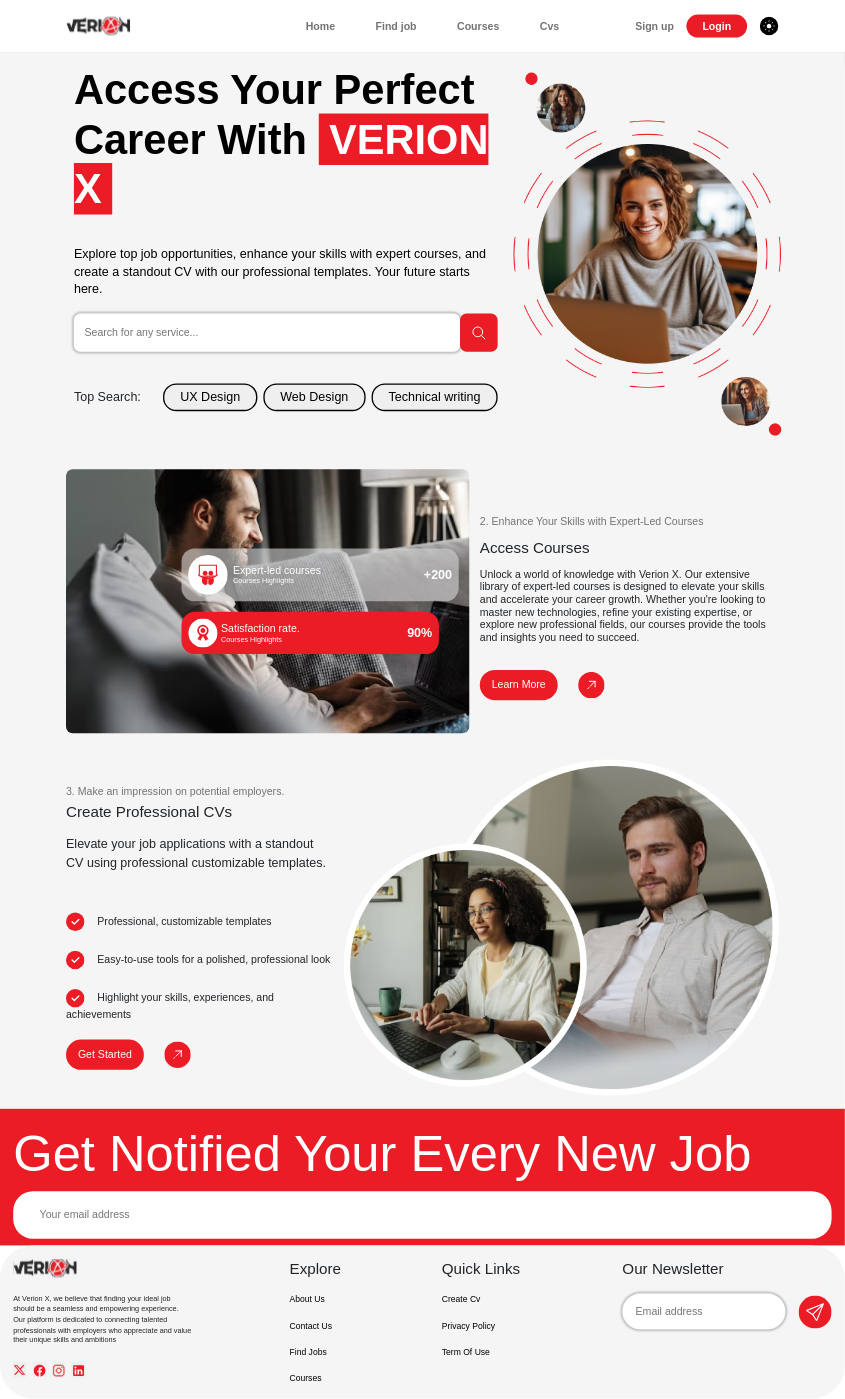
Repository: SahMenz/verionX
Page: /
The author's editor kept a copy of each file at every save. The page is drawn from the files as they stood at one save, then again after the next save.
The browser window is 1280 px wide. The pictures show the whole page, at 66% of full size.
The project was rebuilt for these pictures with package versions that can differ from the ones it lists, and the page was loaded fresh each time. Also part of the build but not shown: vite.config.js.

Above is the page before, as saved 2024-06-16 17:05:33.

### src/App.jsx
import './App.css'
import Home from './components/home/home'
import 'bootstrap/dist/css/bootstrap.min.css';

function App() {

  return (
    <>
      <div>
          <Home />
      </div>
    </>
  )
}

export default App

### src/index.css
button{
    outline: none;
    border: none;
  }

  input{
    border: none;
    outline: none;
}

### src/App.css
*, *::before, *::after{
  padding: 0px;
  margin: 0px;
  box-sizing: border-box;
  font-family: "Rubik", sans-serif;
}

/* BACKGROUND COLORS */

.bg-f5{
  background-color: #F5F5F5;
}
.bg-eb{
  background-color: #EB1C25;
}
.bg-ff{
  background-color: #fff;
}
.bg-d9{
  background-color: #D9D9D9;
}
.bg-00{
  background-color: #000;
}


/* FONT SIZES */

.txt-11{
  font-size: 11px;
}
.txt-13{
  font-size: 13px;
}
.txt-16{
  font-size: 16px;
}
.txt-19{
  font-size: 19px;
}
.txt-23{
  font-size: 23px;
}
.txt-45{
  font-size: 45px;
}
.txt-63{
  font-size: 63px;
}


/* TEXT COLOR */

.txt-eb{
  color:#EB1C25
}
.txt-f3{
  color: #737373
}
.txt-ff{
  color:#fff
}
.txt-00{
  color: #000;
}


/* FONT WEIGHT */

.fw-400{
  font-weight: 400;
}
.fw-500{
  font-weight: 500;
}
.fw-600{
  font-weight: 600;
}


/* LINE HEIGHT */

.lh-19{
  line-height: 19.2px;
}
.lh-75{
  line-height: 55.6px;
}
.lh-26{
  line-height: 26.38px;
}
.lh-22{
  line-height: 22.8px;
}
.lh-27{
  line-height: 27.6px;
}
.lh-15{
  line-height: 15.89px;
}
.lh-13{
  line-height: 13.2px;
}
.lh-54{
  line-height: 54px;
}
.lh-34{
  line-height: 34.5px;
}
.lh-67{
  line-height: 67.5px;
}
.lh-32{
  line-height: 32.2px;
}
.lh-18{
  line-height: 18.96px;
}

### src/components/home/home.jsx
import Footer from "../footer/footer"
import Navigation from "../navigation/navigation"
import AccessCourses from "./accessCourses/accessCourses"
import CreateProfessionalCv from "./createProfessionalCv/createProfessionalCv"
import GetNotified from "./getNotified/getNotified"
import Hero from "./hero/hero"

function Home() {
  return (
    <div >
        <Navigation />
        <Hero />
        <AccessCourses />
        <CreateProfessionalCv />
        <GetNotified />
        <Footer />
    </div>
  )
}

export default Home

### src/components/footer/footer.jsx
import logo from '../../assets/images/logo.svg';
import CustomSvg from '../customSvg/customSvg';
import './footer.css';

function Footer() {
  return (
    <div className='d-flex bg-f5 justify-content-between footerGeneral gap-5' style={{borderRadius:"50px"}}>
        <div className='d-flex flex-column' style={{width:"272px", height:"166px"}}>
            <img  src={logo} style={{width:"97.2px"}}/>
            <div className='fw-400 lh-15 txt-11 py-4'>
                At Verion X, we believe that finding your ideal job should be a
                seamless and empowering experience. Our platform is dedicated to connecting talented
                professionals with employers who appreciate and value their unique skills and ambitions
            </div>
            <div className='d-flex align-items-center justify-content-between' style={{width:"110px"}}>
                <button><CustomSvg name="x"/></button>
                <button><CustomSvg name="facebook"/></button>
                <button><CustomSvg name="insta"/></button>
                <button><CustomSvg name="linkedin"/></button>
            </div>
        </div>
        <div className='d-flex flex-column justify-content-between' style={{width:"84px", height:"192px"}}>
            <div className='fw-500 txt-23 lh-32'>Explore</div>
            <a href="#" className='txt-00 fw-400 txt-13 lh-18 text-decoration-none'>About Us</a>
            <a href="#" className='txt-00 fw-400 txt-13 lh-18 text-decoration-none'>Contact Us</a>
            <a href="#" className='txt-00 fw-400 txt-13 lh-18 text-decoration-none'>Find Jobs</a>
            <a href="#" className='txt-00 fw-400 txt-13 lh-18 text-decoration-none'>Courses</a>
        </div>
        <div className='d-flex flex-column justify-content-between' style={{width:"127px", height:"152px"}}>
            <div className='fw-500 txt-23 lh-32'>Quick Links</div>
            <a href="#" className='txt-00 fw-400 txt-13 lh-18 text-decoration-none'>Create Cv</a>
            <a href="#" className='txt-00 fw-400 txt-13 lh-18 text-decoration-none'>Privacy Policy</a>
            <a href="#" className='txt-00 fw-400 txt-13 lh-18 text-decoration-none'>Term Of Use</a>
        </div>
        <div className='d-flex flex-column justify-content-between' style={{height:"107px"}}>
            <div className='fw-500 txt-23 lh-32'>Our Newsletter</div>
            <div>
                <input  type='text' placeholder='Email address' style={{marginRight:"20px",borderRadius:"30px", padding:"15px 20px", boxShadow: "0px 0px 3px 3px rgba(0, 0, 0, 0.2)"}}/>
                <button className='bg-f5'><CustomSvg name="telegram"/></button>
            </div>
        </div>
    </div>
  )
}

export default Footer

### src/components/navigation/navigation.jsx
import logo from '../../assets/images/logo.svg'
import CustomSvg from '../customSvg/customSvg'
import './navigation.css'


function Navigation() {

  return (
    <div className="d-flex justify-content-between navContainer">
        <img src={logo} alt="" />
        <div className='d-none d-lg-flex navigationLink justify-content-between align-items-center'>
          <div className='d-flex justify-content-between align-items-center links'>
            <a href="#" className='small-txt lh-19 fw-600 text-decoration-none txt-f3'>Home</a>
            <a href="#" className='small-txt lh-19 fw-600 text-decoration-none txt-f3'>Find job</a>
            <a href="#" className='small-txt lh-19 fw-600 text-decoration-none txt-f3'>Courses</a>
            <a href="#" className='small-txt lh-19 fw-600 text-decoration-none txt-f3'>Cvs</a>
          </div>
          <div className='d-flex justify-content-between align-items-center switchmode'>
            <a href="#" className='small-txt lh-19 fw-600 text-decoration-none txt-f3'>Sign up</a>
            <a href="#" className='small-txt lh-19 fw-600 text-decoration-none txt-ff bg-eb px-4 py-2 rounded-5'>Login</a>
            <button className='bg-ff'><CustomSvg name="switchModes"/></button>
          </div>
        </div>
        <div className=' d-lg-none cursor-pointer' style={{width: "40px", height: "40px", display: 'flex', flexDirection: 'column', alignItems: "center", justifyContent: "center", gap: "5px"}}>
          <div style={{width : "30px", height:"3px", backgroundColor : 'black' }}></div>
          <div style={{width : "30px", height:"3px", backgroundColor : 'black' }}></div>
          <div style={{width : "30px", height:"3px", backgroundColor : 'black' }}></div>
        </div>
    </div>
  )
}

export default Navigation

### src/components/home/accessCourses/accessCourses.jsx
import CustomSvg from "../../customSvg/customSvg";
import './accessCourses.css';

function AccessCourses() {
  return (
    <div className="d-flex flex-column bg-f5 flex-xl-row accessGeneral  align-items-center">
        <div className="manPressingLaptop" style={{maxWidth:"611px", position:"relative"}}>
            <div className="imagetext d-none d-lg-block" style={{position:"absolute"}}>
                <div className="d-flex align-items-center opacebackground justify-content-between mb-3" style={{padding:"10px", borderRadius:"20px", maxWidth:"455px"}}>
                    <CustomSvg name="expertLedCourses"/>
                    <div className="d-flex ps-2 justify-content-between align-items-center" style={{width:"340px"}}>
                        <div className="d-flex flex-column" >
                            <div className="txt-ff fw-500 txt-16 lh-19">Expert-led courses</div>
                            <div className="txt-11 txt-ff fw-500 lh-13">Courses Highlights</div>
                        </div>
                        <div className="fw-600 txt-19 lh-22 txt-ff">+200</div>
                    </div>
                </div>
                <div className="bg-eb d-flex align-items-center justify-content-between" style={{padding:"10px", borderRadius:"20px", maxWidth:"390px"}}>
                    <CustomSvg name="satisfactionrate"/>
                    <div className="d-flex justify-content-between align-items-center" style={{width:"320px"}}>
                        <div className="d-flex flex-column" >
                            <div className="txt-ff fw-500 txt-16 lh-19">Satisfaction rate.</div>
                            <div className="txt-11 txt-ff fw-500 lh-13">Courses Highlights</div>
                        </div>
                        <div className="fw-600 txt-19 lh-22 txt-ff">90%</div>
                    </div>
                </div>
            </div>
        </div>
        <div className=" ms-xl-3"  style={{maxWidth:"576px"}}>
            <p className="txt-f3 fw-500 lh-19 enhance" style={{maxWidth:"370px"}}>2. Enhance Your Skills with Expert-Led Courses</p>
            <p className="fw-500 lh-27 access" style={{maxWidth:"300px"}}>Access Courses</p>
            <p className="fw-400 lh-19 pb-4 unlock" style={{maxWidth:"576px"}}>
                Unlock a world of knowledge with Verion X. Our extensive library of expert-led courses is designed to elevate your skills and accelerate your career growth. Whether you&apos;re looking to master new technologies, refine your existing expertise, or explore new professional fields, our courses provide the tools and insights you need to succeed.
            </p>
            <div className="d-flex align-items-center justify-content-between" style={{width:"189px"}}>
                <button className="bg-eb txt-ff" style={{padding:"11px 18px", borderRadius:"30px"}}>Learn More</button>
                <CustomSvg name="arrowTopRight" className=""/>
            </div>
        </div>
    </div>
  )
}

export default AccessCourses

### src/components/home/createProfessionalCv/createProfessionalCv.jsx
import createProfessionalImage from '../../../assets/images/createProfessionalImage.png';
import CustomSvg from '../../customSvg/customSvg';
import './createProfessionalCv.css';

function CreateProfessionalCv() {
  return (
    <div className='d-flex flex-column createGeneral bg-f5 flex-xl-row align-items-center'>
        <div style={{maxWidth:"507px"}}>
            <div className='fw-500 lh-19 txt-16 txt-f3 adjustText' style={{margin:"0px 0px 8px 0px"}}>3. Make an impression on potential employers.</div>
            <div className='fw-500 lh-27 txt-23 adjust23' style={{margin:"0px 0px 20px 0px"}}>Create Professional CVs</div>
            <div className='fw-400 txt-19 lh-23 adjust19' style={{margin:"0px 0px 60px 0px"}}>Elevate your job applications with a standout CV using professional customizable templates.</div>
            <div className='fw-400 txt-16 lh-19 adjustText' style={{marginBottom:"29px"}}><CustomSvg name="createProfessionalTick"/> <span style={{marginLeft:"15px"}}>Professional, customizable templates</span></div>
            <div className='fw-400 txt-16 lh-19 adjustText' style={{marginBottom:"29px"}}><CustomSvg name="createProfessionalTick"/> <span style={{marginLeft:"15px"}}>Easy-to-use tools for a polished, professional look</span></div>
            <div className='fw-400 txt-16 lh-19 adjustText' style={{marginBottom:"29px"}}><CustomSvg name="createProfessionalTick"/> <span style={{marginLeft:"15px"}}>Highlight your skills, experiences, and achievements</span></div>
            <div className="d-flex align-items-center justify-content-between" style={{width:"189px"}}>
                <button className="bg-eb txt-ff" style={{padding:"11px 18px", borderRadius:"30px"}}>Get Started</button>
                <CustomSvg name="arrowTopRight" className=""/>
            </div>
        </div>
        <img src={createProfessionalImage} className='mt-5 mt-xl-0 mixedImage ms-xl-3' style={{maxWidth:"659px"}}/>
    </div>
  )
}

export default CreateProfessionalCv

### src/components/home/getNotified/getNotified.jsx
import './getNotified.css';

function GetNotified() {
  return (
    <div>
        <div className="bg-eb d-flex flex-column justify-content-center align-Items-center getGeneral">
            <div className="fw-500 txt-ff txt-45 xl-lh-54 getNotified">Get Notified Your Every New Job </div>
            <input type="text" placeholder="Your email address" style={{borderRadius:"30px", padding:" 24px 0px 24px 40px"}}/>
        </div>
        <div></div>
    </div>
  )
}

export default GetNotified

### src/components/home/hero/hero.jsx
import accesYourPerfectImage from '../../../assets/images/accesYourPerfectImage.png';
import CustomSvg from '../../customSvg/customSvg';
import './hero.css';

function Hero() {
  return (
    <div className='bg-f5 heroGeneral d-flex flex-column flex-xl-row justify-content-center justify-content-between align-items-center' style={{}}>
        <div style={{maxWidth:"733px"}} className=' textcontainer mb-5 mx-xxl-1 px-xxl-0 d-flex flex-column container '>
            <div className='txt-63 lh-75 txt-ff fw-600 txt-00 largeTxt mb-5' >Access Your Perfect Career With <span className='bg-eb fw-600 txt-ff py-1 px-3'>VERION X</span></div>
            <div className='txt-00 lh-26 mb-4 exploretxt' style={{maxWidth:"630px"}}>
                Explore top job opportunities, enhance your skills with expert courses, and create a standout CV with our professional templates. Your future starts here.
            </div>
            <div className="d-flex">
                <input type="text" className='p-3 container mb-xl-5' placeholder="Search for any service..."  style={{borderRadius:"10px", boxShadow: "0px 0px 3px 3px rgba(0, 0, 0, 0.2)"}} />
                <button className="bg-eb p-3 mb-xl-5" style={{borderRadius:"10px", border:"none"}}><CustomSvg name="search"/></button>
            </div>
            <div className='d-none d-xl-flex align-items-center justify-content-between'style={{width:"642px"}} >
                <div className='txt-19 lh-26 txt-500'>Top Search:</div>
                <div className='d-flex align-items-center justify-content-between' style={{width:"507px"}}>
                    <button style={{borderRadius:"20px",border: "2px solid black"}}><div className='px-4 py-2 txt-19 lh-22 txt-500'>UX Design</div></button>
                    <button style={{borderRadius:"20px",border: "2px solid black"}}><div className='px-4 py-2 txt-19 lh-22 txt-500'>Web Design</div></button>
                    <button style={{borderRadius:"20px",border: "2px solid black"}}><div className='px-4 py-2 txt-19 lh-22 txt-500'>Technical writing</div></button>
                </div>
            </div>
        </div>
        <img src={accesYourPerfectImage} className='container mx-xxl-1 px-xxl-0' style={{Width:"65vw", maxWidth:"430px"}} alt="three images" />
    </div>
  )
}

export default Hero

### src/components/footer/footer.css
.footerGeneral{
    padding: 20px 20px;
    flex-wrap: wrap
}

@media (min-width:1400px){
    .footerGeneral{
        padding: 64px 109px
    }
}

### src/components/navigation/navigation.css
.navContainer{
    padding: 22px 100px;
    box-shadow: 0px 10px 10px 10px rgba(0, 0, 0, 0.2);
}

.navigationLink{
    width: 56vw;
    min-width: 600px;
    max-width: 888px;
}
.links{
    width: 30vw;
    min-width: 300px;
    max-width: 482px;
}
.switchmode{
    width: 17vw;
    min-width: 200px;
    max-width: 254px;
}
@media screen and (min-width:325px) and (max-width:988px) {
    .navContainer{
        padding: 18px 60px;
    }
}

### src/components/home/accessCourses/accessCourses.css
.accessGeneral{
    padding: 10px 20px;
}
.enhance{
    font-size: 4vw;
    margin-top: 20px;
}
.access{
    font-size: 6vw;
}
.unlock{
    font-size: 4vw;
}
.opacebackground{
    background-color:rgba(217, 217, 217, 0.6);
}
.manPressingLaptop{
    background-image: url('../../../assets/images/accessCoursesImage.png');
    background-size: cover;
    border-Radius: 10px;
    background-position: center;
    height: 400px;
    width: 65vw;
    background-size: cover;
    background-position: center;
}
.imagetext{
    position: absolute;
    top: 50%;
    left: 63%;
    transform: translate(-50%, -50%);
}

@media (min-width: 478px) {
    .enhance{
        font-size: 3vw;
    }
    .access{
        font-size: 5vw;
    }
    .unlock{
        font-size: 3vw;
    }
}
@media (min-width: 665px) {
    .enhance{
      font-size: 2.5vw;
    }
    .access{
      font-size:4.5vw;
    }
    .unlock{
        font-size: 2.5vw;
    }
}
@media (min-width:730px){
    .accessGeneral{
      padding: 20px 100px;
    }
    .enhance{
        font-size: 16px;
      }
      .access{
        font-size:23px;
      }
      .unlock{
          font-size: 16px;
      }
  }
  @media (min-width:1400px){
    .accessGeneral{
        justify-content: space-between!important;
    }
  }

### src/components/home/createProfessionalCv/createProfessionalCv.css
.createGeneral{
    padding: 10px 20px;
}
.mixedImage{
    width: 85vw;
}
.adjustText{
    font-size: 4vw;
}
.adjust19{
    font-size: 5vw;
}
.adjust23{
    font-size: 6vw;
}
@media (min-width: 478px) {
    .adjustText{
        font-size: 3.5vw;
    }
    .adjust19{
        font-size: 4.5vw;
    }
    .adjust23{
        font-size: 5.5vw;
    }
}
@media (min-width: 560px) {
    .adjustText{
        font-size: 3vw;
    }
    .adjust19{
        font-size: 4vw;
    }
    .adjust23{
        font-size: 5vw;
    }
}
@media (min-width:630px){
    .createGeneral{
        padding: 20px 100px;
    }
    .adjustText{
        font-size: 16px;
    }
    .adjust19{
        font-size: 19px;
    }
    .adjust23{
        font-size: 23px;
    }
}
@media (min-width:1400px){
    .createGeneral{
        justify-content: space-between;
    }
}

### src/components/home/getNotified/getNotified.css
.getNotified{
    font-size: 6vw;
}
.getGeneral{
    padding: 10px 20px;
}

### src/components/home/hero/hero.css
  .largeTxt{
    font-size: 10vw;
  }
  .exploretxt{
    font-size: 4vw;
  }
  .heroGeneral{
    padding: 10px 20px;
  }
  @media (min-width: 478px) {
    .largeTxt{
      line-height: 75px;
    }
    .exploretxt{
      font-size: 3vw;
    }
  }
  @media (min-width: 632px) {
    .largeTxt{
      font-size: 9vw;
    }
    .exploretxt{
      font-size:2.5vw;
    }
  }
  @media (min-width:730px){
    .largeTxt{
      font-size: 63px;
    }
    .exploretxt{
      font-size: 19px;
    }
    .heroGeneral{
      padding: 20px 100px;
    }
  }
  @media(min-width:1400){
    .heroGeneral{
      justify-content: space-between;
    }
  }

Loaded but not shown: src/main.jsx (common file); src/components/customSvg/customSvg.jsx (186 lines, source omitted)

After the next save:
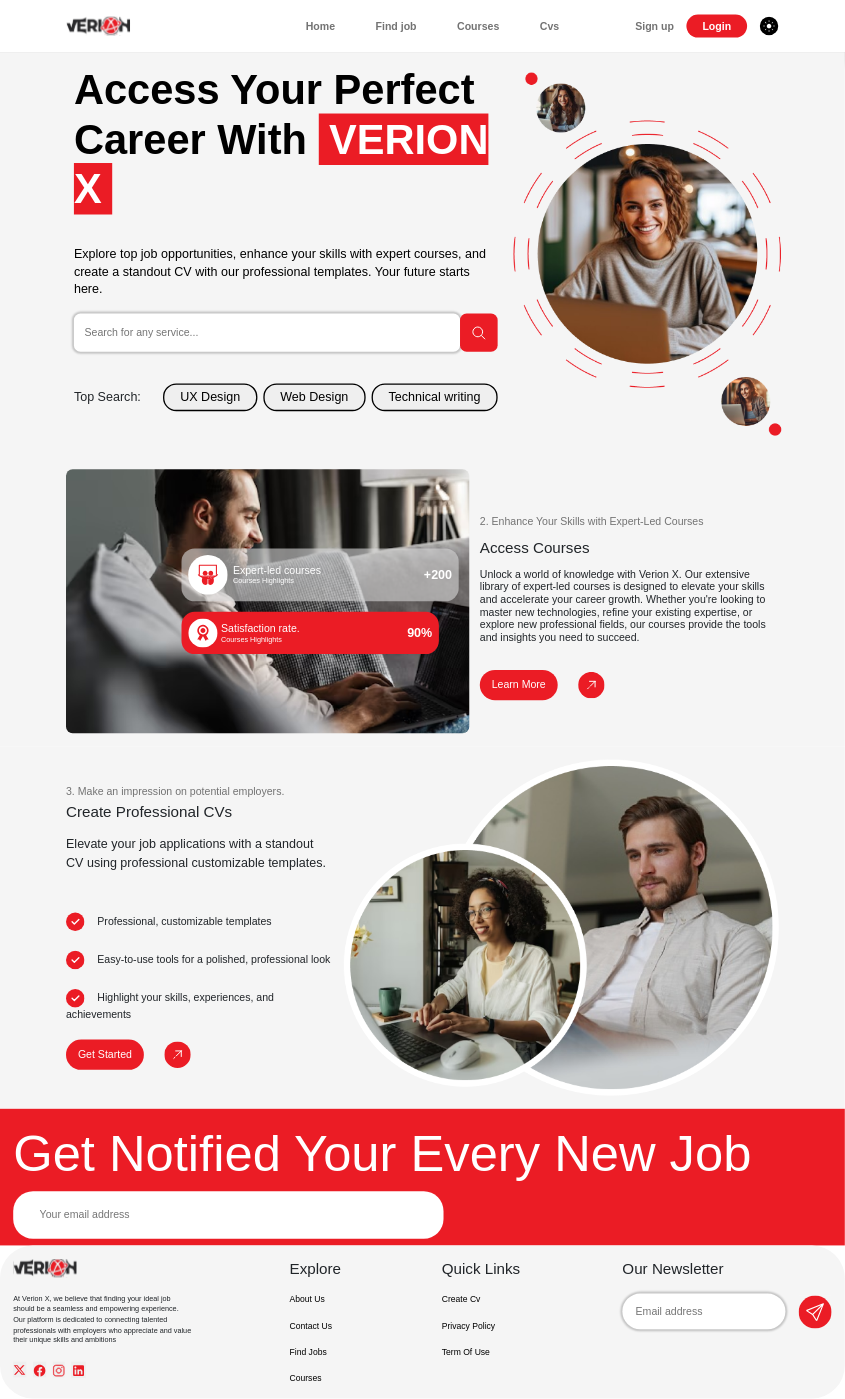
Saved 80 s later.
--- a/src/components/home/getNotified/getNotified.jsx
+++ b/src/components/home/getNotified/getNotified.jsx
@@ -5,7 +5,7 @@
     <div>
         <div className="bg-eb d-flex flex-column justify-content-center align-Items-center getGeneral">
             <div className="fw-500 txt-ff txt-45 xl-lh-54 getNotified">Get Notified Your Every New Job </div>
-            <input type="text" placeholder="Your email address" style={{borderRadius:"30px", padding:" 24px 0px 24px 40px"}}/>
+            <input type="text" placeholder="Your email address" style={{borderRadius:"30px", padding:" 24px 0px 24px 40px", maxWidth:"652px"}}/>
         </div>
         <div></div>
     </div>
